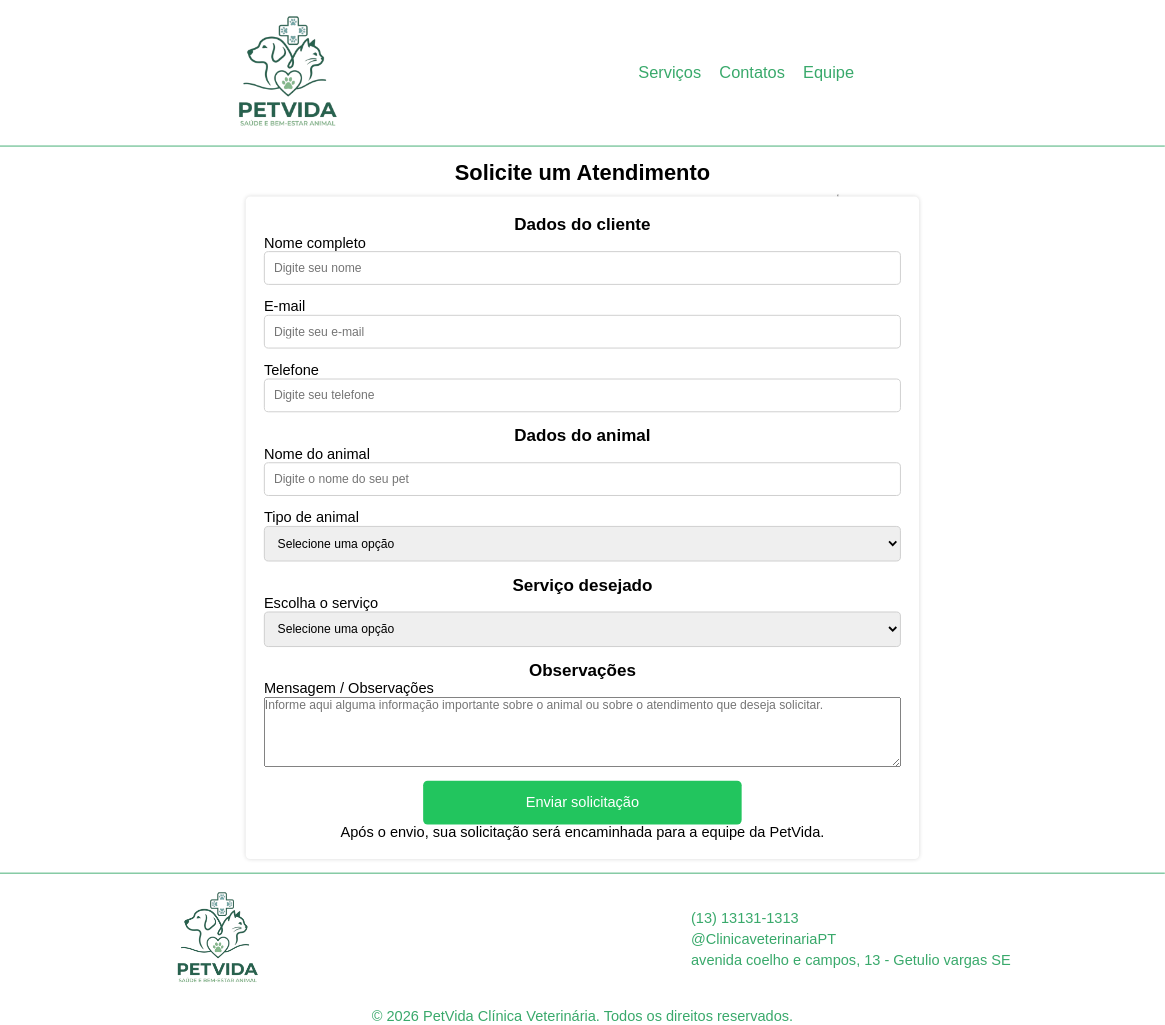
Repository: antonymsantana-design/Veterinario
Page: contatos.html
The author's editor kept a copy of each file at every save. The page is drawn from the files as they stood at one save, then again after a run of saves.
The browser window is 1280 px wide. The pictures show the whole page, at 91% of full size.

Above is the page before, as saved 2026-10-03 19:15:26.

### contatos.html
<!doctype html>
<html lang="pt-br">
  <head>
    <meta charset="UTF-8" />
    <meta name="viewport" content="width=device-width, initial-scale=1.0" />
    <title>Cebola Hair</title>
    <link rel="stylesheet" href="style.css" />
    <script src="script3.js" defer></script>
  </head>
  <header>
    <div class="conteudoH" id="conteudoH">
      <div class="imagem" id="imagem">
        <img src="image/logo.png" alt="logo" class="logoIMG" id="logoIMG" />
      </div>
      <div class="direitaH">
        <div class="links" id="links">
          <a href="serviços.html" class="aLinks" id="servA">Serviços</a>
          <a href="CONTATOS.HTML" class="aLinks" id="contatosA">Contatos</a>
          <a href="Team.html" class="aLinks" id="contatosA">Equipe</a>
        </div>
      </div>
    </div>
  </header>

  <body>
    <h2 class="Our" id="servicosT">Solicite um Atendimento</h2>
    <hr />

    <div class="context">
    <form
      action="https://formsubmit.co/antony.m.santana@aluno.senai.br"
      method="POST"
    >

      <h3>Dados do cliente</h3>

      <div class="campo">
        <label for="nome">Nome completo</label>
        <input
          type="text"
          name="nome"
          id="nome"
          placeholder="Digite seu nome"
          required
        />
      </div>

      <div class="campo">
        <label for="email">E-mail</label>
        <input
          type="email"
          name="email"
          id="email"
          placeholder="Digite seu e-mail"
          required
        />
      </div>

      <div class="campo">
        <label for="telefone">Telefone</label>
        <input
          type="tel"
          name="telefone"
          id="telefone"
          placeholder="Digite seu telefone"
          required
        />
      </div>

      <h3>Dados do animal</h3>

      <div class="campo">
        <label for="animal">Nome do animal</label>
        <input
          type="text"
          name="animal"
          id="animal"
          placeholder="Digite o nome do seu pet"
          required
        />
      </div>

      <div class="campo">
        <label for="tipo">Tipo de animal</label>

        <select name="tipo_animal" id="tipo" required>
          <option value="">Selecione uma opção</option>
          <option value="Cachorro">Cachorro</option>
          <option value="Gato">Gato</option>
          <option value="Outro">Outro</option>
        </select>
      </div>

      <h3>Serviço desejado</h3>

      <div class="campo">
        <label for="servico">Escolha o serviço</label>

        <select name="servico" id="servico" required>
          <option value="">Selecione uma opção</option>
          <option value="Consulta veterinária">Consulta veterinária</option>
          <option value="Vacinação">Vacinação</option>
          <option value="Banho e tosa">Banho e tosa</option>
          <option value="Exames laboratoriais">Exames laboratoriais</option>
          <option value="Atendimento de emergência">
            Atendimento de emergência
          </option>
          <option value="Acompanhamento veterinário">
            Acompanhamento veterinário
          </option>
        </select>
      </div>

      <h3>Observações</h3>

      <div class="campo">
        <label for="mensagem">Mensagem / Observações</label>

        <textarea
          name="mensagem"
          id="mensagem"
          rows="5"
          placeholder="Informe aqui alguma informação importante sobre o animal ou sobre o atendimento que deseja solicitar."
        ></textarea>
      </div>

      <input
        type="hidden"
        name="_next"
        value="http://127.0.0.1:5500/sucsses.html"
      />

      <button type="submit" class="buto">Enviar solicitação</button>

      <p class="texto-form">
        Após o envio, sua solicitação será encaminhada para a equipe da PetVida.
      </p>
    </form>
    </div>
  </body>
  <footer id="footer">
    <div class="cimaF">
      <div class="direita">
        <img src="image/logo.png" alt="logo" class="logoIMGF" id="logoIMG" />
      </div>

      <div class="esquerda">
        <p>(13) 13131-1313</p>
        <p>@ClinicaveterinariaPT</p>
        <p>avenida coelho e campos, 13 - Getulio vargas SE</p>
      </div>
    </div>
    <div class="baixoF">
      <p>© 2026 PetVida Clínica Veterinária. Todos os direitos reservados.</p>
    </div>
  </footer>
</html>

### style.css
* {
  padding: 0px;
  margin: 0px;
  font-family: Arial, Helvetica, sans-serif;
}

header {
  background-color: #ffffff;
  height: 160px;
  display: flex;
  justify-content: center;
  align-items: center;
  border-bottom: 1px solid #39a96b;
}

.conteudoH {
  display: flex;
  justify-content: center;
  align-items: center;
  gap: 300px;
}

.imagem {
  margin-left: 20px;
  margin-top: 5px;
  display: flex;
  justify-content: center;
  align-items: center;
  gap: 30px;
  font-weight: 600;
  font-size: 22px;
}

.logoIMG {
  width: 170px;
  margin-bottom: 10px;
  cursor: pointer;
}

.logoH {
  color: white;
}

.links {
  display: flex;
  gap: 20px;
  justify-content: center;
  padding-right: 130px;
  font-size: 18px;
}

.links a {
  text-decoration: none;
  color: #39a96b;
  transition: 0.5s ease;
}

.aLinks:hover {
  transform: translateY(-5px);
  box-shadow: 0 4px 10px rgba(0, 0, 0, 0.15);
  background-color: #39a96b;
  color: #f5f5f5;
  border-radius: 5px;
  width: 120px;
  height: 30px;
  display: flex;
  justify-content: center;
  align-items: center;
}

.btnDiv {
  display: flex;
}

.btn {
  display: flex;
  justify-content: center;
  width: 140px;
  height: 50px;
  background-color: #22c55e;
  border: none;
  color: white;
  align-items: center;
  border-radius: 8px;
  transition: 0.3s ease;
  cursor: pointer;
  font-size: 14px;
}

.btn:hover {
  transform: translateY(-5px);
  box-shadow: 0 8px 15px rgba(0, 0, 0, 0.4);
}

.direitaH {
  display: flex;
  justify-content: center;
  align-items: center;
}

.conteudo {
  background-image: url(image/Cuidando\ de\ Quem\ Amamos.png);
  background-repeat: no-repeat;
  background-size: cover;
  background-position: center;
  height: 80vh;
  color: white;
}

.card {
  background-color: #fdeec7;
  width: 270px;
  height: 220px;
  display: flex;
  flex-direction: column;
  justify-content: center;
  align-items: center;
  border-radius: 5px;
}

.cards {
  display: flex;
  justify-content: center;
  gap: 40px;
  padding-top: 20px;
  padding-bottom: 20px;
}

.card h4 {
  color: #22c55e;
}

.icone {
  width: 120px;
  height: 120px;
  padding-bottom: 10px;
}

.Our {
  padding-top: 15px;
  text-align: center;
  padding-bottom: 10px;
}

hr {
  color: #22c55e;
  text-align: center;
  margin-left: 920px;
  margin-right: 920px;
}

.agendar {
  display: flex;
  justify-content: space-around;
  align-items: center;
  padding-bottom: 20px;
}

.form {
  background-color: #ecf2f7;
  width: 600px;
  height: 300px;
  border-radius: 7px;
  display: flex;
  justify-content: center;
  flex-direction: column;
}

.formCima {
  padding-top: 20px;
  display: flex;
  justify-content: center;
  align-items: center;
  flex-direction: column;
}

.quadrado {
  display: grid;
  justify-content: center;
  grid-template-columns: repeat(2, 200px);
  gap: 30px;
  column-gap: 70px;
  margin-right: 40px;
}

.esq {
  font-size: 25px;
}

footer {
  display: flex;
  justify-content: center;
  align-items: center;
  flex-direction: column;
  background-color: #ffffff;
  color: #39a96b;
  border-top: 1px solid #39a96b;
}

.AbH2 {
  padding-left: 20px;
  padding-right: 20px;
  padding-bottom: 10px;
  padding-top: 10px;
  text-align: center;
}

.AbH3 {
  padding-left: 20px;
  padding-right: 20px;
  padding-bottom: 10px;
  padding-top: 10px;
  text-align: center;
  margin-left: 425px;
  margin-right: 425px;
}

.topc {
  display: flex;
  justify-content: center;
  align-items: center;
  flex-direction: column;
  text-align: center;
  max-width: 350px;
}

.topics {
  display: flex;
  justify-content: center;
  gap: 100px;
  padding-bottom: 25px;
}

.topcIMG {
  width: 290px;
  height: 260px;
  border-radius: 25px;
  cursor: pointer;
  padding-bottom: 10px;
  padding-top: 10px;
}

.topcH {
  padding-bottom: 10px;
}

.cimaF {
  display: flex;
  justify-content: center;
  gap: 450px;
  align-items: center;
  margin-bottom: 4px;
}

.logoIMGF {
  width: 140px;
  cursor: pointer;
}

.esquerda {
  display: flex;
  flex-direction: column;
  gap: 5px;
}

.formu {
  width: 240px;
  height: 30px;
  border-radius: 5px;
  border: none;
}

.forms {
  width: 500px;
  height: 30px;
  border-radius: 5px;
  border: none;
}

.agendarbtn {
  display: flex;
  justify-content: center;
  align-items: center;
  width: 512px;
  height: 40px;
  background-color: #22c55e;
  border: none;
  color: white;
  border-radius: 8px;
  transition: 0.3s ease;
  cursor: pointer;
  margin-top: 15px;
}

.agendarbtn:hover {
  transform: translateY(-5px);
}

.btnAgendar {
  display: flex;
  justify-content: center;
  align-items: center;
}

/*pagina de serviços*/

.primeiro {
  background-color: #f0f9f4;
  width: 300px;
  padding-bottom: 13px;
  margin-left: 20px;
  text-align: center;
  padding-top: 13px;
  flex-wrap: wrap;
  border-radius: 15px;
}

.cards {
  display: grid;
  justify-content: center;
  grid-template-columns: repeat(3, 400px);
  gap: 50px;
  padding-bottom: 15px;
}
.cards .primeiro img {
  width: 250px;
  height: 250px;
  border-radius: 15px;
}
h1 {
  text-align: center;
  margin-top: 20px;
  margin-bottom: 20px;
}
.texto {
  color: #3c2415;
}
.preco {
  color: #e4c8a4;
}

form {
  display: flex;
  flex-direction: column;
  align-items: center;
  justify-content: center;
  box-shadow: 0px 0px 5px rgba(0, 0, 0, 0.16);
  padding: 20px;
  width: 700px;
  margin: 0 auto;
  border-radius: 5px;
  margin-bottom: 15px;
}

.campo{
    display: flex;
    flex-direction: column;
    margin-bottom: 15px;
    width: 100%;
}

input, select{
    padding: 10px;
    border-radius: 5px;
    border: 1px solid #ccc;
}

.buto{
    padding: 15px;
    background-color: #22c55e;
    width: 50%;
    border: none;
    border-radius: 5px;
    color: white;
    cursor:pointer;
    font-size: 16px;
    font-weight: lighter;
    margin
}


/* celular */

@media (max-width: 768px) {
  /* header */
  header {
    height: auto;
    padding: 10px 0;
  }

  .conteudoH {
    flex-direction: column;
    padding-right: 0;
    gap: 15px;
  }

  .imagem {
    margin-left: 0;
    margin-top: 0;
    gap: 10px;
  }

  .logoIMG {
    width: 80px;
    height: 80px;
  }

  .logoH {
    font-size: 20px;
  }

  .direitaH {
    flex-direction: column;
    gap: 15px;
  }

  .links {
    padding-right: 0;
    font-size: 16px;
  }

  .conteudo {
    height: 400px;
  }

  .texto {
    padding-left: 25px;
    padding-right: 25px;
    height: 400px;
    font-size: 25px;
  }

  .texto small {
    font-size: 14px;
  }

  .Our {
    font-size: 25px;
  }

  hr {
    margin-left: 30%;
    margin-right: 30%;
  }

  .cards {
    flex-direction: column;
    align-items: center;
    gap: 20px;
  }

  .card {
    width: 80%;
    max-width: 270px;
  }

  .agendar {
    flex-direction: column;
    gap: 30px;
    padding: 30px 20px;
  }

  .esq {
    font-size: 18px;
    text-align: center;
  }

  .esq h1 {
    font-size: 28px;
  }

  .esq p {
    font-size: 15px;
  }

  .form {
    width: 100%;
    max-width: 600px;
    height: auto;
    padding: 20px 0;
  }

  .forms {
    width: 80%;
  }

  .quadrado {
    grid-template-columns: 1fr;
    gap: 15px;
    margin-right: 0;
  }

  .formu {
    width: 80%;
  }

  .quadrado > div {
    width: 100%;
    text-align: center;
  }

  .quadrado label {
    display: block;
    margin-bottom: 5px;
  }

  .agendarbtn {
    width: 80%;
  }

  footer {
    flex-direction: column;
    gap: 20px;
    padding: 20px;
    text-align: center;
  }

  .esquerda {
    align-items: center;
  }
}

Loaded but not shown: script3.js (no stored copy; drawn as an empty file)

After the next 3 saves:
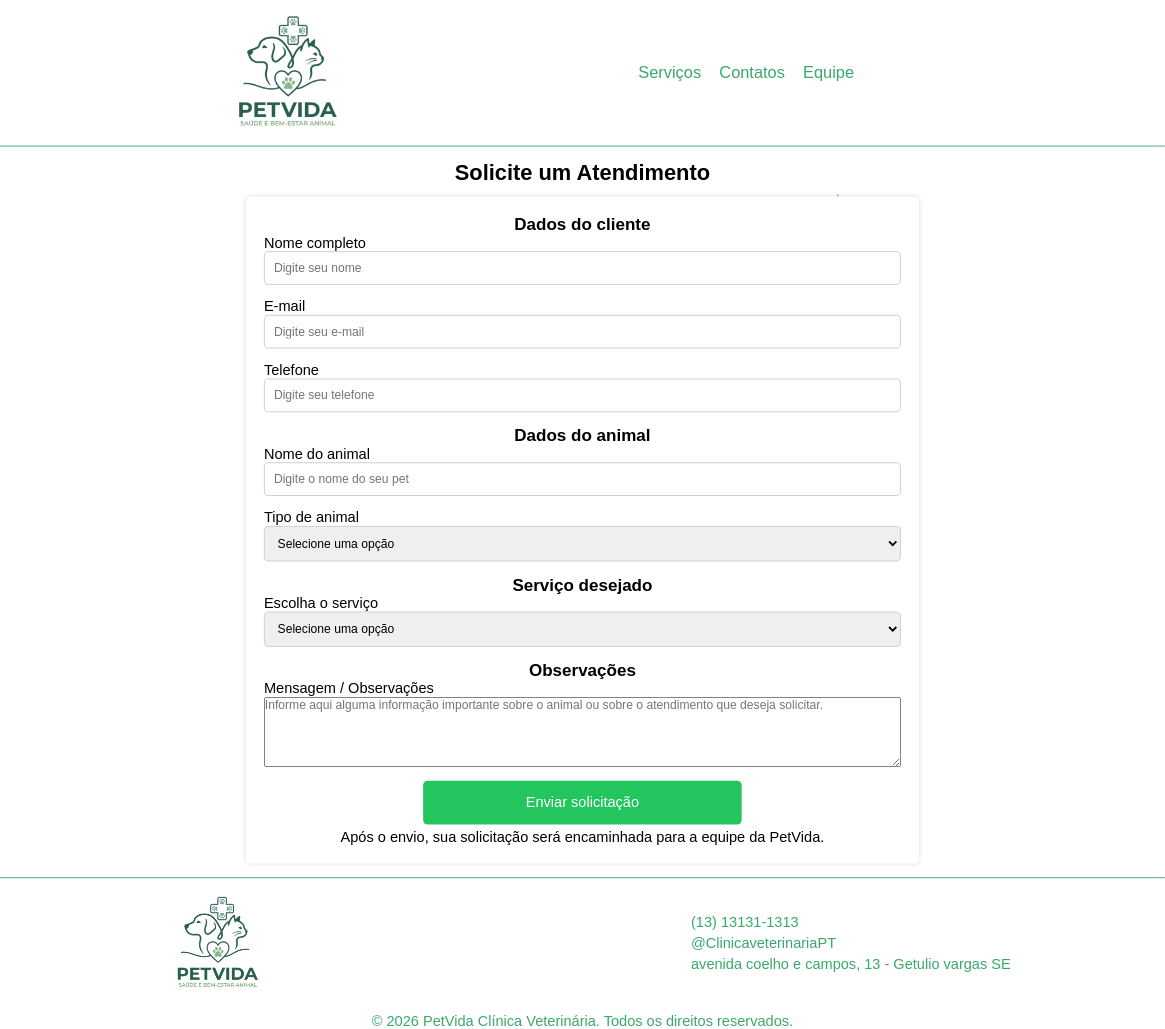
The 3 saves are shown as one change because they came seconds apart.
The last was saved 9 s later.
--- a/style.css
+++ b/style.css
@@ -375,7 +375,7 @@ input, select{
     cursor:pointer;
     font-size: 16px;
     font-weight: lighter;
-    margin
+    margin-bottom: 5px;
 }
 
 
